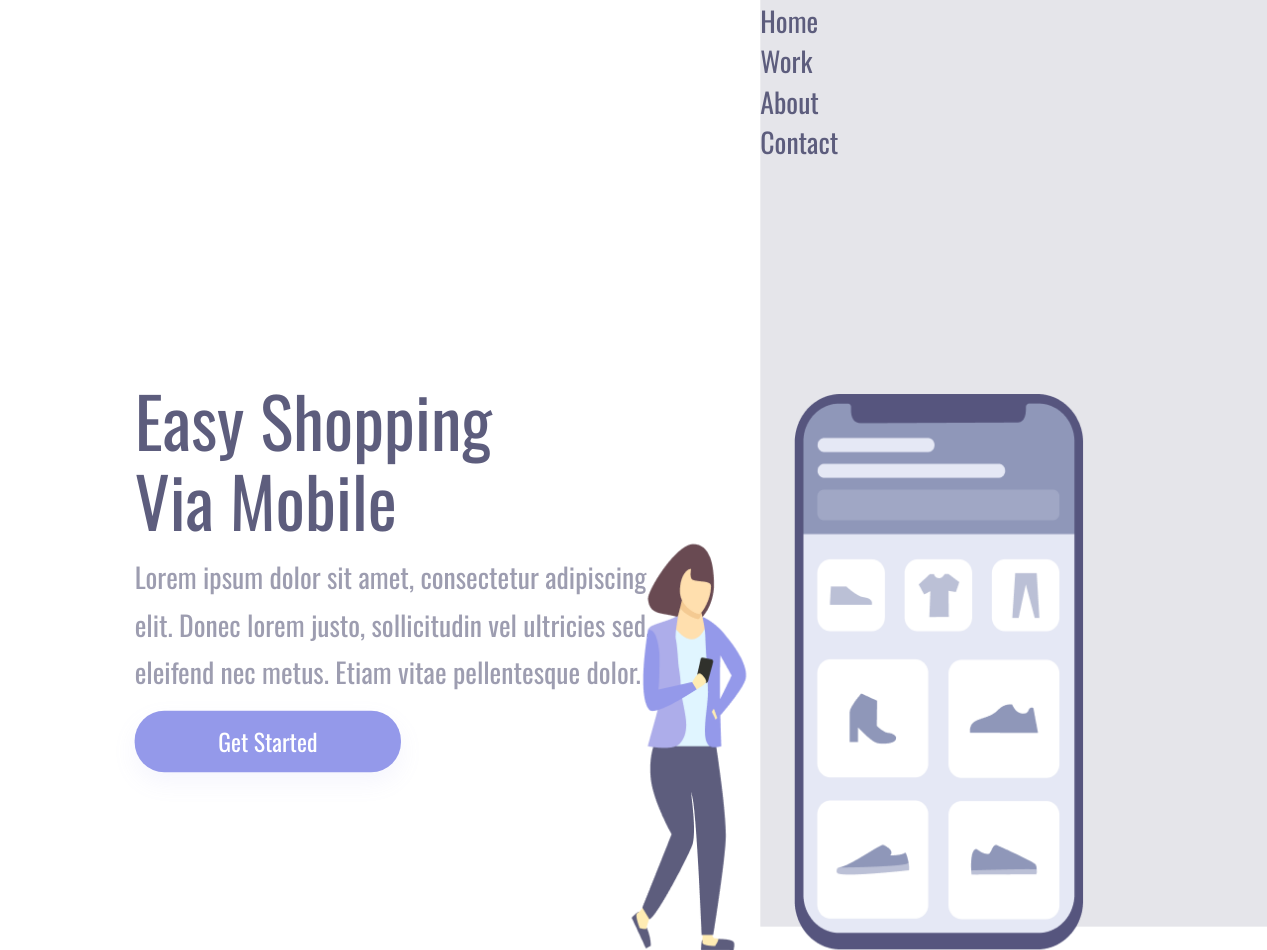
Repository: Leo-Marques-882/Projeto-Git-2
Page: index.html
These files come from the project's save history. The page is drawn as it stood at one moment and after the next save; the edit follows.
The browser window is 1280 px wide. The pictures show the whole page, at 99% of full size.

Above is the page before, as saved 2023-03-07 00:05:21.

### index.html
<!DOCTYPE html>
<html lang="pt_br">

<head>
    <meta charset="UTF-8">
    <meta http-equiv="X-UA-Compatible" content="IE=edge">
    <meta name="viewport" content="width=device-width, initial-scale=1.0">
    <link rel="stylesheet" href="styless.css">
    <link rel="preconnect" href="https://fonts.googleapis.com">
    <link rel="preconnect" href="https://fonts.gstatic.com" crossorigin>
    <link href="https://fonts.googleapis.com/css2?family=Oswald&display=swap" rel="stylesheet">

    <title>Projeto 1</title>
</head>

<body>
    <div class="wrapper">
        <section class="container-left">
            <h1>Easy Shopping Via Mobile</h1>
            <p>Lorem ipsum dolor sit amet, consectetur adipiscing
                elit. Donec lorem justo, sollicitudin vel ultricies sed,
                eleifend nec metus. Etiam vitae pellentesque dolor. </p>
            <button>Get Started</button>
        </section>
        <section class="container-right">
            <header>
                <a>Home</a>
                <a>Work</a>
                <a>About</a>
                <a>Contact</a>
            </header>
            <img src="./img/Illustration.png" alt="girl-cellphone">
        </section>
    </div>
</body>

</html>

### styless.css
* {
    margin: 0;
    padding: 0;
    box-sizing: border-box;
    font-family: 'Oswald', sans-serif;
}

.wapper {
    height: 100vh;
    ;
    width: 100vw;
}

.container-left {
    display: inline-block;
    width: 60%;
    margin-top: 30%;
    padding-left: 136px;
}

h1 {
    font-weight: 400;
    font-size: 70px;
    line-height: 80px;
    color: #5D5D7D;
    width: 368px;
}

p {
    font-weight: 400;
    font-size: 28px;
    line-height: 48px;
    color: #5D5D7D;
    opacity: 0.6;
    margin: 15px 0;
    width: 540px;
}

button {
    width: 269px;
    height: 62px;
    background: #9499EA;
    box-shadow: 0px 10px 24px rgba(148, 153, 234, 0.0979959);
    font-weight: 400;
    font-size: 24px;
    line-height: 36px;
    text-align: center;
    color: #FFFFFF;
    border-radius: 30px;
    border: none;
    cursor: pointer;
}

button:hover {
    opacity: .8;
}

button:active {
    opacity: .5;
}

.container-right {
    display: inline-block;
    background-color: rgba(93, 93, 125, 0.16);
    height: 130vh;
    width: 40%;
    position: absolute;
}

header {
    width: 59px;
    font-weight: 400px;
    font-size: 28px;
    line-height: 41px;
    color: #5D5D7D;
}

img {
    position: relative;
    top: 25%;
    right: 130px;
}

After the next save:
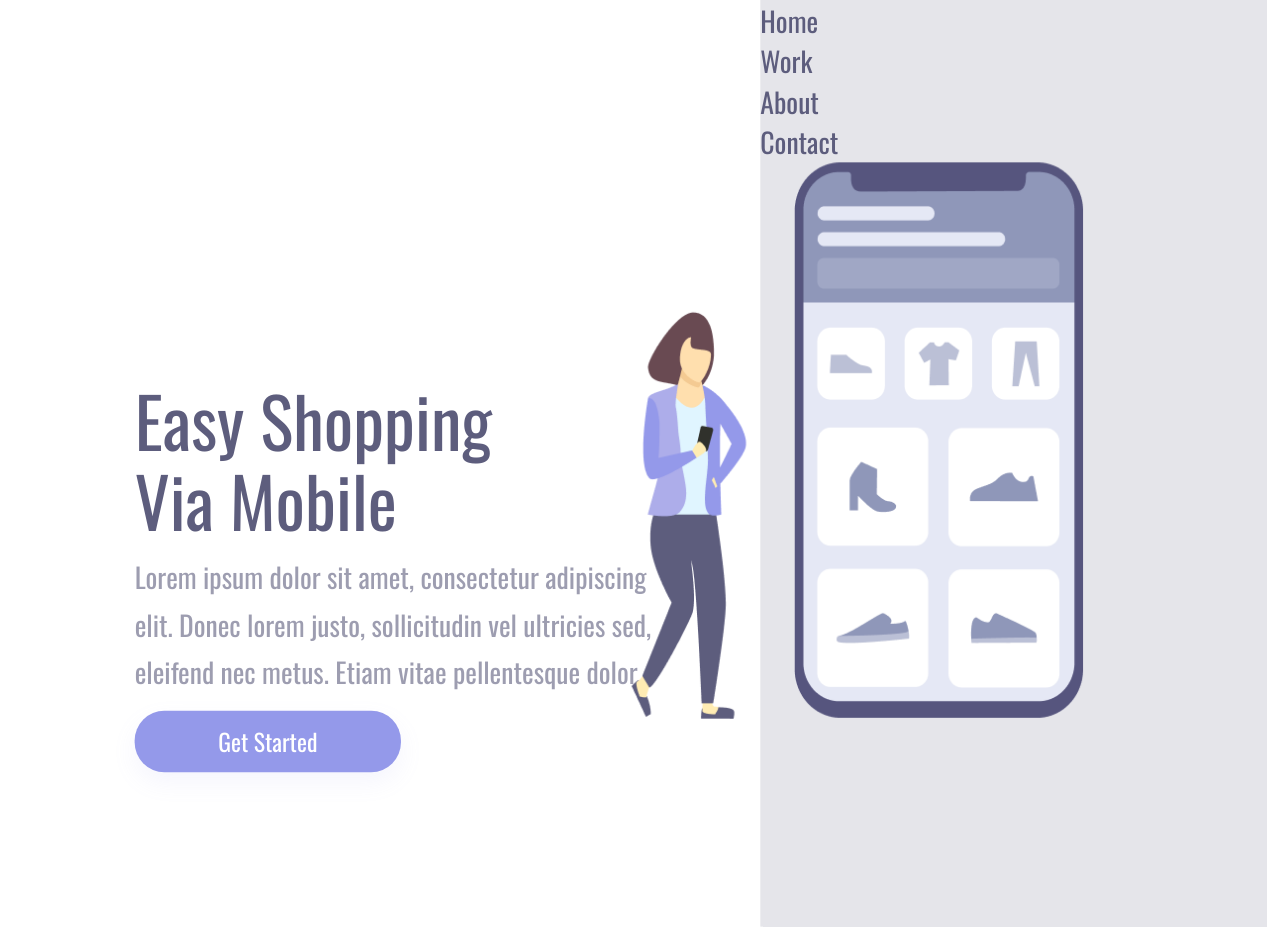
Saved 2 min 7 s later.
--- a/styless.css
+++ b/styless.css
@@ -77,6 +77,6 @@
 
 img {
     position: relative;
-    top: 25%;
+    top: 0%;
     right: 130px;
 }
